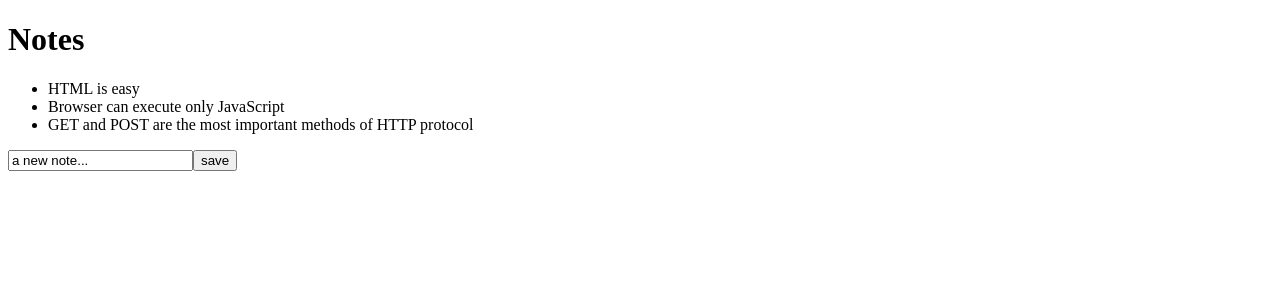
Repository: 4di61/FullStackOpen
Page: / (app in test_app/)
An editor plug-in stored every save of this project. The page is shown before and after the next save, followed by the edit.
The browser window is 1280 px wide. The pictures show the whole page.
The project was rebuilt for these pictures with package versions that can differ from the ones it lists, and the page was loaded fresh each time. Also part of the build but not shown: test_app/vite.config.js.

Above is the page before, as saved 2024-09-06 10:51:12.

### test_app/index.html
<!doctype html>
<html lang="en">
  <head>
    <meta charset="UTF-8" />
    <link rel="icon" type="image/svg+xml" href="/vite.svg" />
    <meta name="viewport" content="width=device-width, initial-scale=1.0" />
    <title>Vite + React</title>
  </head>
  <body>
    <div id="root"></div>
    <script type="module" src="/src/main.jsx"></script>
  </body>
</html>

### test_app/src/App.jsx
import { useState } from "react";
import Note from "./components/Note";

const App = (props) => {
  const [notes, setNotes] = useState(props.notes);
  const [newNote, setNewNote] = useState("a new note...");
  const [showAll, setShowAll] = useState(true)
  const notesToShow = showAll ? notes : notes.filter(note => note.important)

  const addNote = (event) => {
    event.preventDefault();
    const noteObject = {
      content: newNote,
      important: Math.random() < 0.5,
      id: String(notes.length + 1),
    };

    setNotes(notes.concat(noteObject));
    setNewNote("");
  };
  const handleNoteChange = (event) => {
    setNewNote(event.target.value);
  };

  return (
    <div>
      <h1>Notes</h1>
      <ul>
        {notesToShow.map((note) => (
          <Note key={note.id} note={note} />
        ))}
      </ul>
      <form onSubmit={addNote}>
        <input value={newNote} onChange={handleNoteChange} />
        <button type="submit">save</button>
      </form>
    </div>
  );
};

export default App;

### test_app/src/components/Note.jsx
const Note = ({note}) => (
    <li>{note.content}</li>
)

export default Note

Loaded but not shown: test_app/src/main.jsx (common file)

After the next save:
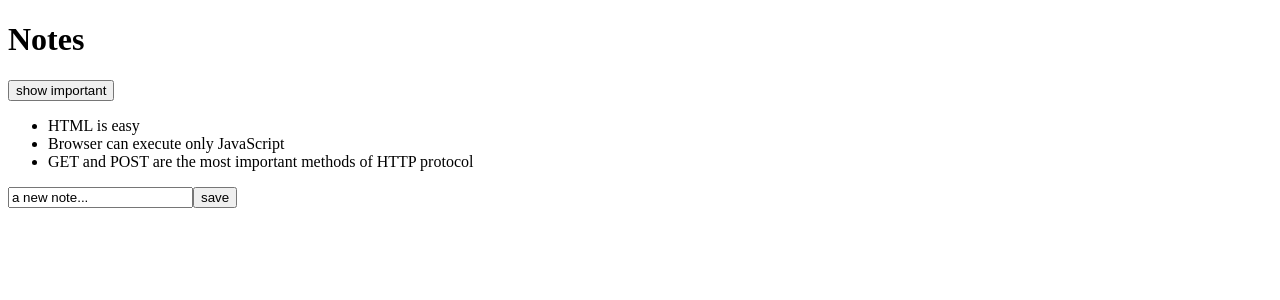
Saved 53 s later.
--- a/test_app/src/App.jsx
+++ b/test_app/src/App.jsx
@@ -25,6 +25,11 @@ const App = (props) => {
   return (
     <div>
       <h1>Notes</h1>
+      <div>
+        <button onClick={() => setShowAll(!showAll)}>
+          show {showAll ? 'important' : 'all' }
+        </button>
+      </div>
       <ul>
         {notesToShow.map((note) => (
           <Note key={note.id} note={note} />
